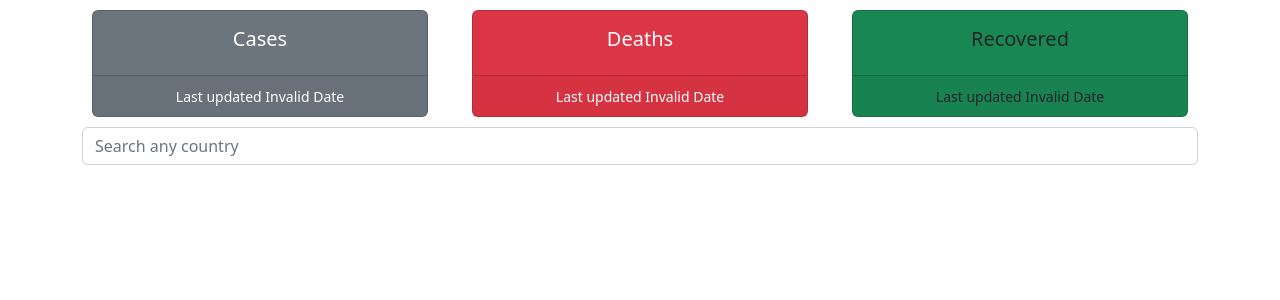
Repository: azizdeghais/CovidTracker
Page: /
The author's editor kept a copy of each file at every save. The page is drawn from the files as they stood at one save, then again after the next save.
The browser window is 1280 px wide. The pictures show the whole page.
The page's requests for data from a server got no answer. The project was rebuilt for these pictures with package versions that can differ from the ones it lists, and the page was loaded fresh each time. No one was signed in, and anything a server would have sent is missing. Also part of the build but not shown: vite.config.js.

Above is the page before, as saved 2023-03-09 16:34:12.

### index.html
<!DOCTYPE html>
<html lang="en">
  <head>
    <meta charset="UTF-8" />
    <link rel="icon" type="image/svg+xml" href="/vite.svg" />
    <meta name="viewport" content="width=device-width, initial-scale=1.0" />
    <title>Covid-19 Tracker</title>

  </head>
  <body>
    <div id="root"></div>
    <script type="module" src="/src/main.jsx"></script>
  </body>
</html>

### src/main.jsx
import React from 'react'
import ReactDOM from 'react-dom/client'
import App from './App'
import 'bootstrap/dist/css/bootstrap.min.css';


ReactDOM.createRoot(document.getElementById('root')).render(
  <React.StrictMode>
    <App />
  </React.StrictMode>,
)

### src/App.jsx
import React, { useEffect,useState } from 'react'
import axios from 'axios'
import Container from 'react-bootstrap/Container';
import Row from 'react-bootstrap/Row';
import Col from 'react-bootstrap/Col';
import Card from 'react-bootstrap/Card';
import Stack from 'react-bootstrap/Stack';
import Form from 'react-bootstrap/Form';

import './App.css'


function App() {

  const [latest,setLatest]=useState([])
  const [results,setResults]=useState([])
  const [searchCountries,setSearchCountries]=useState('')


  useEffect(()=>{
    axios.all([
      axios.get('https://corona.lmao.ninja/v3/covid-19/all'),
      axios.get('https://corona.lmao.ninja/v3/covid-19/countries')
  ])

    .then(resArr=>{
           setLatest(resArr[0].data)
           setResults(resArr[1].data)
    })
    .catch(err=>{
      console.log(err)
    })
  },[])

  const date=new Date(parseInt(latest.updated));
  const lastUpdated=date.toString();

  const filterCountries=results.filter(item=>{
    return searchCountries !== ''
     ? item.country.includes(searchCountries)
     : item
   })

   const countries = filterCountries.map((data,i)=>{
    return (
      <Card
      key={i}
      bg='light'
      text='dark'
      className='text-center'
      style={{margin:'10px'}}
      >
        <Card.Img variant='top' src={data.countryInfo.flag} />
      <Card.Body>
        <Card.Title>{data.country}</Card.Title>
        <Card.Text>Cases: {data.cases}</Card.Text>
        <Card.Text>Deaths: {data.deaths}</Card.Text>
        <Card.Text>Recovered: {data.recovered}</Card.Text>
        <Card.Text>Today's cases: {data.todayCases}</Card.Text>
        <Card.Text>Today's deaths: {data.todayDeaths}</Card.Text>
        <Card.Text>Active {data.active}</Card.Text>


      </Card.Body>

      </Card>

    )
   })




  return (
    <Container>
      <Row >
        <Col>
          <Card className='text-center' bg='secondary' text='white' style={{margin:'10px'}} >
            <Card.Body>
              <Card.Title>Cases</Card.Title>
              <Card.Text>
                {latest.cases}
              </Card.Text>
            </Card.Body>
            <Card.Footer>
              <small>Last updated {lastUpdated}</small>
            </Card.Footer>
          </Card>
        </Col>
        <Col>
          <Card className='text-center' bg='danger' text='white' style={{margin:'10px'}}>
            <Card.Body>
              <Card.Title>Deaths</Card.Title>
              <Card.Text>
                {latest.deaths}
              </Card.Text>
            </Card.Body>
            <Card.Footer>
            <small>Last updated {lastUpdated}</small>

            </Card.Footer>
          </Card>
        </Col>
        <Col>
          <Card className='text-center' bg='success' style={{margin:'10px'}} >
            <Card.Body>
              <Card.Title>Recovered</Card.Title>
              <Card.Text>
               {latest.recovered}
              </Card.Text>
            </Card.Body>
            <Card.Footer>
            <small>Last updated {lastUpdated}</small>

            </Card.Footer>
          </Card>
        </Col>
      </Row>
      <Form>
      <Form.Group >
        <Form.Control
         type='text'
         placeholder='Search any country'
         onChange={e=> setSearchCountries(e.target.value)} />
      </Form.Group>
      </Form>
      <div className='countries-list'>
      {countries}
      </div>


    </Container>
  )
}

export default App

### src/App.css
.countries-list{
    display:flex;
    flex-direction:row;
    width: '1000px';
    flex-wrap: wrap;
    justify-content: space-between;
}

After the next save:
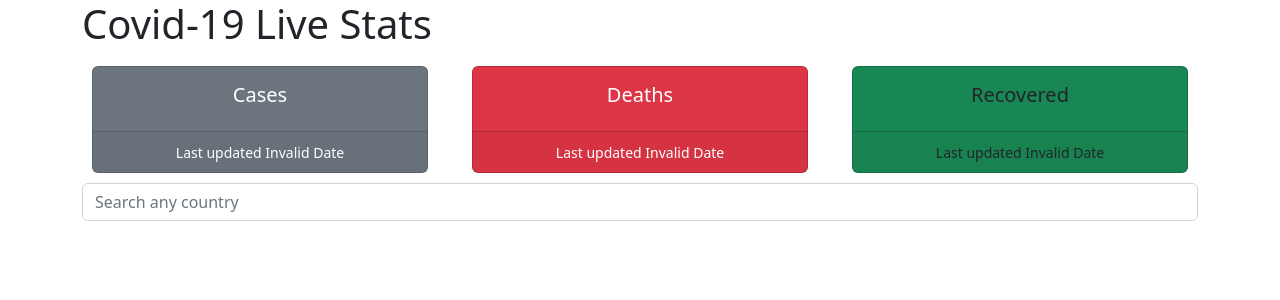
Saved 73 s later.
--- a/src/App.jsx
+++ b/src/App.jsx
@@ -73,6 +73,7 @@ function App() {
 
   return (
     <Container>
+      <h1>Covid-19 Live Stats</h1>
       <Row >
         <Col>
           <Card className='text-center' bg='secondary' text='white' style={{margin:'10px'}} >
